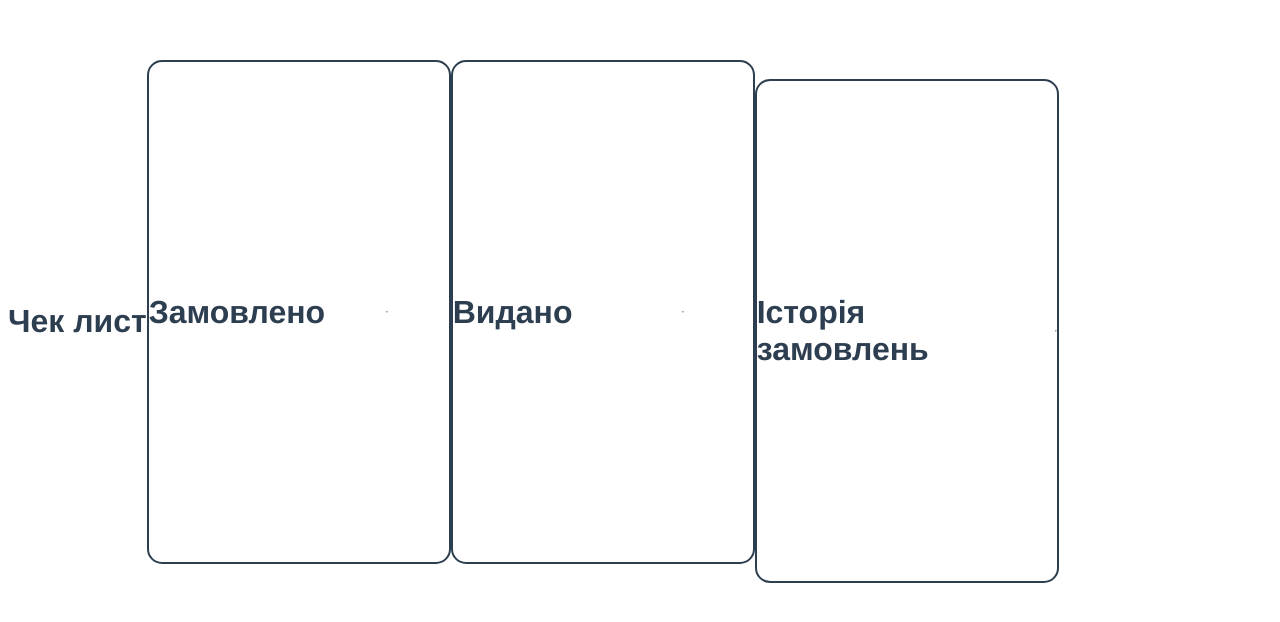
Repository: Salexandraa/HOME_Subotina
Page: / (app in order-list/)
An editor plug-in stored every save of this project. The page is shown before and after the next save, followed by the edit.
The browser window is 1280 px wide. The pictures show the whole page.
The project was rebuilt for these pictures with package versions that can differ from the ones it lists, and the page was loaded fresh each time.

Above is the page before, as saved 2020-10-09 16:55:00.

### order-list/src/App.vue
<template>
  <div id="app">
  <!-- <reserved :listDishes= "dishesList"
  title='Замовлено'
  />
  <order-issued title="Видано"/>
  <history title="Історія замовлень"/> -->
  <check-list title="Чек лист"/>
  </div>
</template>

<script>
//import Reserved from "./components/CheckList/Reserved";
import dishesList from "../settings"
//import OrderIssued from "./components/CheckList/OrderIssued"
//import History from "./components/CheckList/History"
import CheckList from "./components/CheckList"
export default {
  name: "App",
  components: {
    //Reserved,
   //OrderIssued,
    //History,
    CheckList
  },
  data() {
    return {
      dishesList
      // dishesList: [
      //   {
      //     id: 1,
      //     name: "Pizza",
      //   },
      //    {
      //     id: 2,
      //     name: "Pasta",
      //   },
      //    {
      //     id:3,
      //     name: "Rizzoto",
      //   },
      //    {
      //     id: 4,
      //     name: "Minestrone soup",
      //   },
      //    {
      //     id:5,
      //     name: "Onion soup",
      //   },
      // ],
    };
  },
};
</script>

<style>
#app {
  font-family: Avenir, Helvetica, Arial, sans-serif;
  -webkit-font-smoothing: antialiased;
  -moz-osx-font-smoothing: grayscale;
  /* text-align: center; */
  color: #2c3e50;
  margin-top: 60px;
}
</style>

### order-list/settings.js
export default [
    {
      id: 1,
      name: "Pizza",
    },
     {
      id: 2,
      name: "Pasta",
    },
     {
      id:3,
      name: "Rizotto",
    },
     {
      id: 4,
      name: "Minestrone soup",
    },
     {
      id:5,
      name: "Onion soup",
    },
  ]

### order-list/src/components/CheckList/index.vue
<template>
    <div class="container">
<div>
    <h1>{{title}}</h1>
</div>
<div>
  <reserved :listDishes= "dishesList"
  title='Замовлено'/>
  <order-issued title="Видано"/>
  <history title="Історія замовлень"/>
</div>
    </div>
</template>

<script>
import Reserved from "./Reserved"
import OrderIssued from "./OrderIssued"
import History from "./History"
    export default {
        name:"CheckList",
        components:{
            Reserved,
            OrderIssued,
            History
        },
        props: {
            // dishesList: {
            //     type: Array,
            //     default: ()=>[]
            // },
            title:{
                type:String,
                default: ''
            }
        },

    }
</script>

<style lang="css" scoped>
.container{
    display: inline flex;
    flex-direction: row;
    align-items: center;
}
</style>

### order-list/src/components/CheckList/Reserved/index.vue
<template>
    <div class="container">
<div>
    <h1>{{title}}</h1>
</div>
 <div><ol >
        <li v-for="item in listDishes" :key="item.name" value="item.name"  >
          {{item.name}}  <input type="checkbox"  v-model="item.names"  >
        </li>
    </ol>
</div>
<hr>
<div>
      <ol>
        <li v-for="item in listDishes" :key="item.id" >
           {{item.names}} <input type="checkbox" >
        </li>

    </ol>

</div>
    </div>
</template>

<script>
    export default {
        name: "Reserved",
        props: {
             listDishes: {
                type: Array,
                default: ()=>[]
            },
            title: {
                type: String,
                default: '',

            },
        }
    }
</script>

<style lang="css" scoped>
.container{
    width: 300px;
    height: 500px;
    border: 2px solid;
    border-radius: 15px;
}
</style>

### order-list/src/components/CheckList/OrderIssued/index.vue
<template>
  <div class="container">
    <div>
      <h1>{{ title }}</h1>
    </div>
    <div>
      <ol>
        <li v-for="item in dishesList" :key="item.name">
          {{ item.name }} <input type="checkbox" v-model="item.names" />
        </li>
      </ol>
    </div>
    <hr>
  </div>
</template>

<script>
export default {
  name: "OrderIssued",
  props: {
    title: {
      type: String,
      default: "",
    },
  },
};
</script>

<style lang="css" scoped>
.container {
  width: 300px;
  height: 500px;
  border: 2px solid;
  border-radius: 15px;
}
</style>

### order-list/src/components/CheckList/History/index.vue
<template>
    <div class="container">
   <div>
      <h1>{{ title }}</h1>
    </div>
    <div>
      <ol>
        <li v-for="item in dishesList" :key="item.name">
          {{ item.name }} <input type="checkbox" v-model="item.names" />
        </li>
      </ol>
    </div>
    <hr>
    </div>
</template>

<script>
    export default {
        name: "History",
        props: {
            title: {
                type: String,
                default: ""
            },
        },
    }
</script>

<style lang="css" scoped>
.container {
  width: 300px;
  height: 500px;
  border: 2px solid;
  border-radius: 15px;
}

</style>

Loaded but not shown: order-list/public/index.html (common file); order-list/src/main.js (common file)

After the next save:
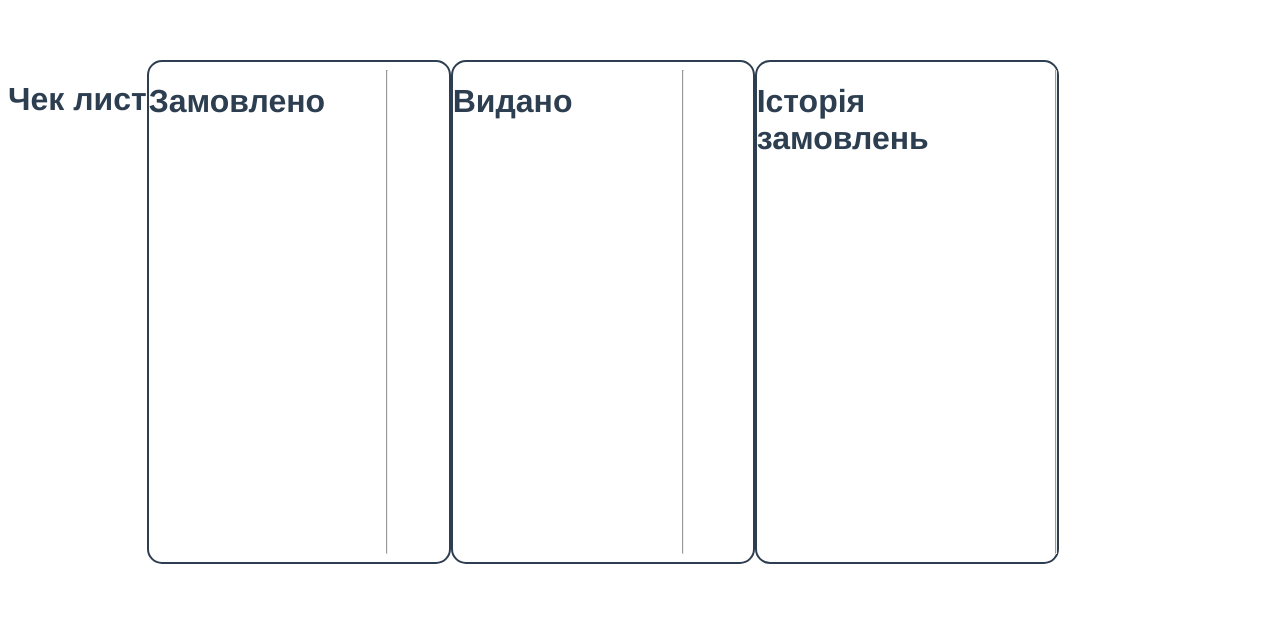
Saved 10 s later.
--- a/order-list/src/components/CheckList/index.vue
+++ b/order-list/src/components/CheckList/index.vue
@@ -40,7 +40,6 @@ import History from "./History"
 <style lang="css" scoped>
 .container{
     display: inline flex;
-    flex-direction: row;
-    align-items: center;
+
 }
 </style>
